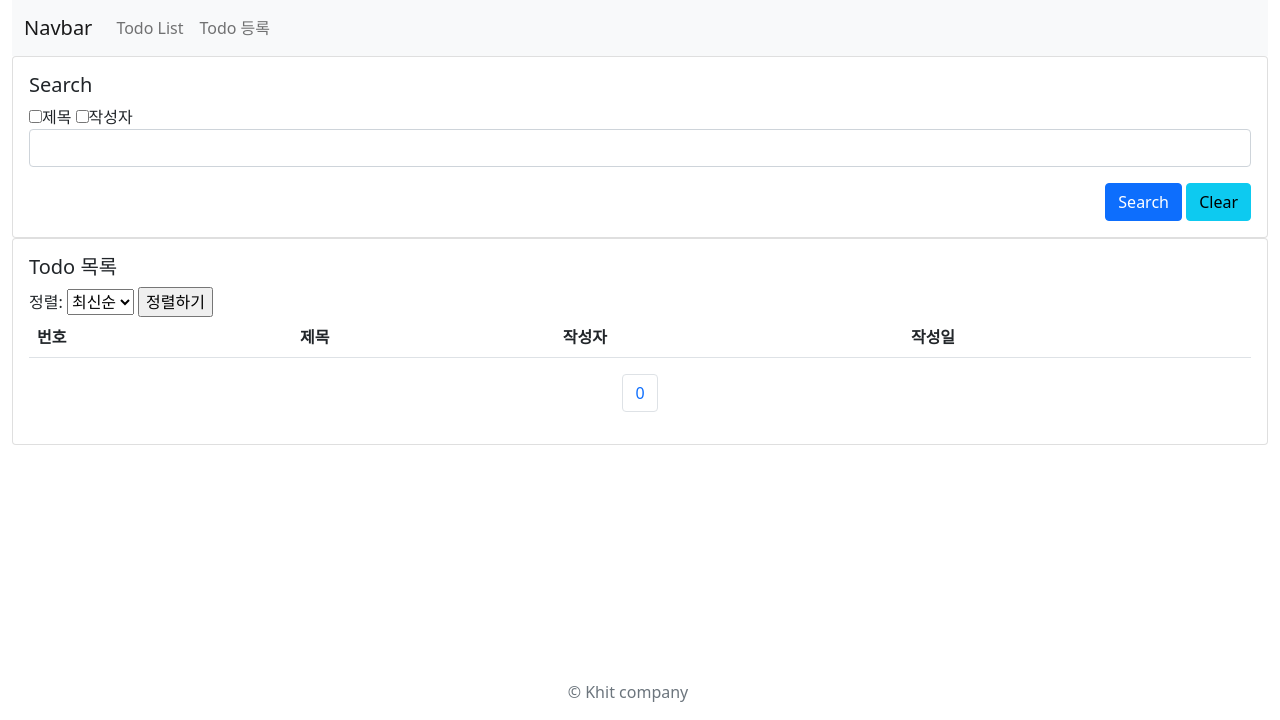
Repository: KyoungHwanJeong/springworks
Page: http://localhost/todoweb/WEB-INF/views/todo/pagelist.jsp
The author's editor kept a copy of each file at every save. The page is drawn from the files as they stood at one save, then again after the next save.
The browser window is 1280 px wide. The pictures show the whole page.
The page is served by Tomcat 9. Nobody is signed in. Other server files are loaded and not shown. The template is opened directly, without the code that normally fills it, so the values that code supplies are empty.

Above is the page before, as saved 2024-01-10 03:21:24.

### todoweb/src/main/webapp/WEB-INF/views/todo/pagelist.jsp
<%@ page language="java" contentType="text/html; charset=UTF-8"
    pageEncoding="UTF-8"%>
<%@ taglib uri="http://java.sun.com/jsp/jstl/core" prefix="c" %>
<%@ taglib uri="http://java.sun.com/jsp/jstl/fmt" prefix="fmt" %>

<!DOCTYPE html>
<html>
<head>
<meta charset="UTF-8">
<title>Todo 목록</title>
</head>
<body>
	<div class="container-fluid">
		<jsp:include page="../layout/header.jsp" />
		<!-- 검색 영역 -->
		<div class="row content">
			<div class="col">
				<div class="card">
					<div class="card-body">
						<h5 class="card-title">Search</h5>
						<form action="/todo/paging" method="get">
							<div class="mb-3">
								<input type="checkbox" name="types" value="t"
									${pageRequestDTO.checkType('t') ? 'checked' : '' }>제목
								<input type="checkbox" name="types" value="w"
									${pageRequestDTO.checkType('w') ? 'checked' : '' }>작성자
								<input type="text" name="keyword" class="form-control"
									value="${pageRequestDTO.keyword}">
							</div>
							<div class="mb-3">
								<div class="float-end">
									<button type="submit" class="btn btn-primary">Search</button>
									<button type="reset" class="btn btn-info btnClear">Clear</button>
								</div>
							</div>
						</form>
					</div>
				</div>
			</div>
		</div>

		<!-- 본문 영역 -->
		<div class="row content">
			<div class="col">
				<div class="card">
					<div class="card-body">
						<h5 class="card-title">Todo 목록</h5>
							<form action="/todo/list_sort" method="get" class="list_sort">
								<div>
								<label>정렬: </label>
								<select class="sort">
									<option type="text" name="sort" value="recent">최신순</option>
									<option type="text" name="sort" value="popular">제목순</option>
								</select>
								<input type="submit" value="정렬하기">
								</div>
							</form>
						<table class="table">
							<thead>
								<tr>
									<th>번호</th><th>제목</th><th>작성자</th><th>작성일</th>
								</tr>
							</thead>
							<tbody>
								<c:forEach items="${responseDTO.dtoList}" var="todo">
								<tr>
									<td>${todo.tno}</td>
									<td><a href="/todo?tno=${todo.tno}&page=${responseDTO.page}">${todo.title}</a></td>
									<td>${todo.writer}</td>
									<td><fmt:formatDate value="${todo.createdDate}" pattern="yyyy년  MM월 dd일 HH:mm:ss" /></td>
								</tr>
								</c:forEach>
							</tbody>

						</table>

						<!-- 페이징 처리 -->
						<div class ="d-flex justify-content-center">
							<ul class="pagination flex-wrap">
								<!-- 이전 페이지 -->
								<c:if test="${responseDTO.prev}">
									<li class="page-item">
										<a class="page-link" href="/todo/paging?page=${responseDTO.startPage-1}">Previous</a>
									</li>
								</c:if>

								<!-- 페이지 번호 -->
								<c:forEach var="num" begin="${responseDTO.startPage}" end="${responseDTO.endPage}">
									<li class="page-item ${responseDTO.page eq num ? 'active' : '' }" >
										<a href="/todo/paging?page=${num}" class="page-link">${num}</a>
									</li>
								</c:forEach>

								<!-- 다음 페이지 -->
								<c:if test="${responseDTO.next}">
									<li class="page-item">
										<a class="page-link" href="/todo/paging?page=${responseDTO.endPage+1}">Next</a>
									</li>
								</c:if>
							</ul>
						</div><!-- 페이징 처리 -->
					</div>
				</div>
			</div>
		</div>	<!-- 본문 영역 닫기 -->
		<jsp:include page="../layout/footer.jsp"></jsp:include>
	</div>
	<script>
		//검색 조건 초기화
		let btnClear = document.querySelector(".btnClear");

		btnClear.addEventListener("click", function(){
			location.href = "/todo/paging";
		});

	</script>
</body>
</html>

### todoweb/src/main/webapp/WEB-INF/views/layout/header.jsp
<%@ page language="java" contentType="text/html; charset=UTF-8"
    pageEncoding="UTF-8"%>
<%@ taglib uri="http://java.sun.com/jsp/jstl/core" prefix="c" %>
<link href="https://cdn.jsdelivr.net/npm/bootstrap@5.1.3/dist/css/bootstrap.min.css" rel="stylesheet" integrity="sha384-1BmE4kWBq78iYhFldvKuhfTAU6auU8tT94WrHftjDbrCEXSU1oBoqyl2QvZ6jIW3" crossorigin="anonymous">
<script src="https://cdn.jsdelivr.net/npm/bootstrap@5.1.3/dist/js/bootstrap.bundle.min.js" integrity="sha384-ka7Sk0Gln4gmtz2MlQnikT1wXgYsOg+OMhuP+IlRH9sENBO0LRn5q+8nbTov4+1p" crossorigin="anonymous"></script>
<header>
<nav class="navbar navbar-expand-lg navbar-light bg-light">
  <div class="container-fluid">
    <a class="navbar-brand" href="/">Navbar</a>
    <button class="navbar-toggler" type="button" data-bs-toggle="collapse" data-bs-target="#navbarSupportedContent" aria-controls="navbarSupportedContent" aria-expanded="false" aria-label="Toggle navigation">
      <span class="navbar-toggler-icon"></span>
    </button>
    <div class="collapse navbar-collapse" id="navbarSupportedContent">
      <ul class="navbar-nav me-auto mb-2 mb-lg-0">
        <li class="nav-item">
          <a class="nav-link" href="/todo/paging">Todo List</a>
        </li>
        <li class="nav-item">
          <a class="nav-link" href="/todo/register">Todo 등록</a>
        </li>
      </ul>
    </div>
  </div>
</nav>

</header>

### todoweb/src/main/webapp/WEB-INF/views/layout/footer.jsp
<%@ page language="java" contentType="text/html; charset=UTF-8"
    pageEncoding="UTF-8"%>
<div class="row footer">
	<div class="row fixed-bottom">
		<footer>
			<p class="text-center text-muted">&copy; Khit company</p>
		</footer>
	</div>
</div>

After the next save:
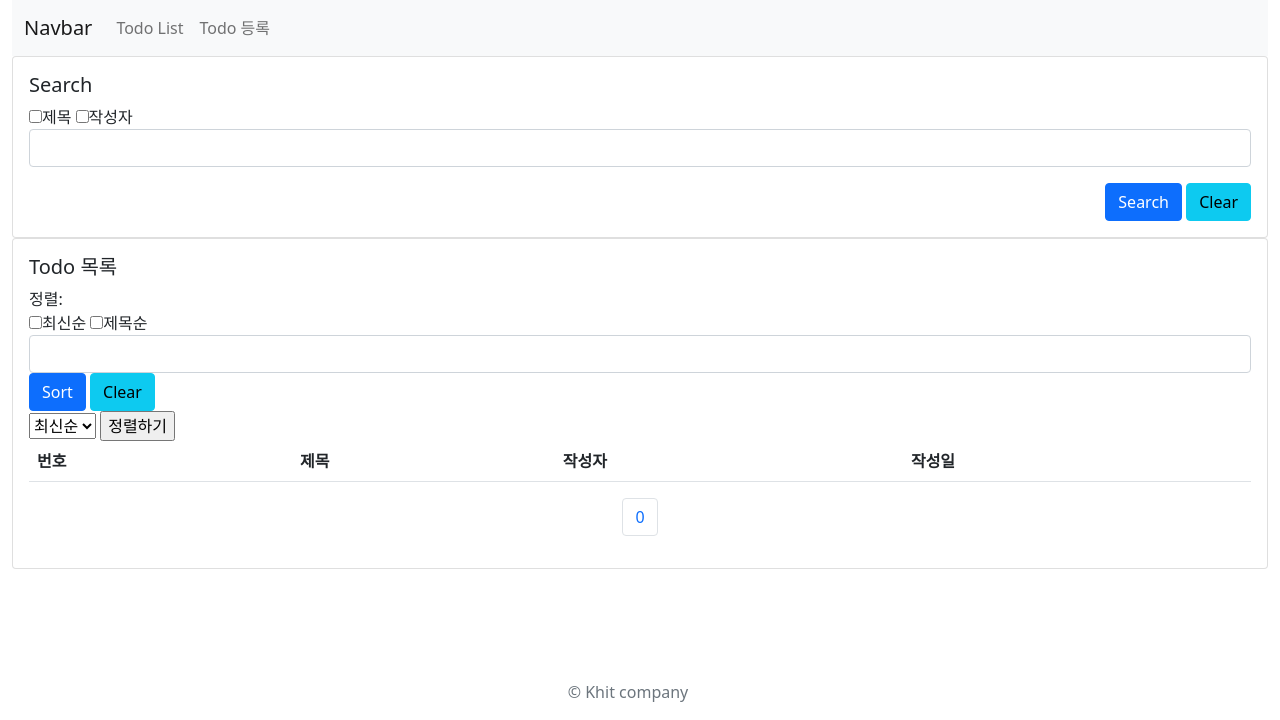
Saved 2 min 6 s later.
--- a/todoweb/src/main/webapp/WEB-INF/views/todo/pagelist.jsp
+++ b/todoweb/src/main/webapp/WEB-INF/views/todo/pagelist.jsp
@@ -48,6 +48,16 @@
 							<form action="/todo/list_sort" method="get" class="list_sort">
 								<div>
 								<label>정렬: </label>
+								<div>
+								<input type="checkbox" name="sorts" value="recent">최신순
+								<input type="checkbox" name="sorts" value="popular">제목순
+								<input type="text" name="keyword2" class="form-control">
+								</div>
+								<div>
+									<button type="submit" class="btn btn-primary">Sort</button>
+									<button type="reset" class="btn btn-info">Clear</button>
+								</div>
+
 								<select class="sort">
 									<option type="text" name="sort" value="recent">최신순</option>
 									<option type="text" name="sort" value="popular">제목순</option>
